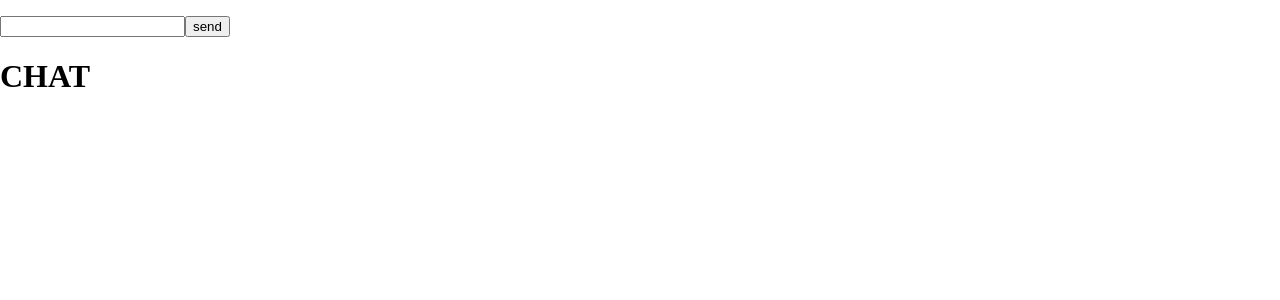
Repository: RiteshK555/chat-app
Page: index.html
The author's editor kept a copy of each file at every save. The page is drawn from the files as they stood at one save, then again after a run of saves.
The browser window is 1280 px wide. The pictures show the whole page.

Above is the page before, as saved 2021-09-24 23:29:34.

### index.html
<!DOCTYPE html>
<!--[if lt IE 7]>      <html class="no-js lt-ie9 lt-ie8 lt-ie7"> <![endif]-->
<!--[if IE 7]>         <html class="no-js lt-ie9 lt-ie8"> <![endif]-->
<!--[if IE 8]>         <html class="no-js lt-ie9"> <![endif]-->
<!--[if gt IE 8]>      <html class="no-js"> <!--<![endif]-->
<html>
    <head>
        <meta charset="utf-8">
        <meta http-equiv="X-UA-Compatible" content="IE=edge">
        <title>CHAT</title>
        <meta name="description" content="">
        <meta name="viewport" content="width=device-width, initial-scale=1">
        <link rel="stylesheet" type="text/css" href="./styles.css">
    </head>
    <body>
    <ul id="messages"></ul>
    <form id="form" action="">
        <input id="input" autocomplete="off"/><button id="button" type="submit">send</button>
    </form>
    <h1 id="h1">CHAT</h1>
        <!--[if lt IE 7]>
            <p class="browsehappy">You are using an <strong>outdated</strong> browser. Please <a href="#">upgrade your browser</a> to improve your experience.</p>
        <![endif]-->

    </body>
</html>

### styles.css
#button{
    margin:0px;
}
/* #h1{
    color:red;
} */
body{
    margin:0px;
}

After the next 2 saves:
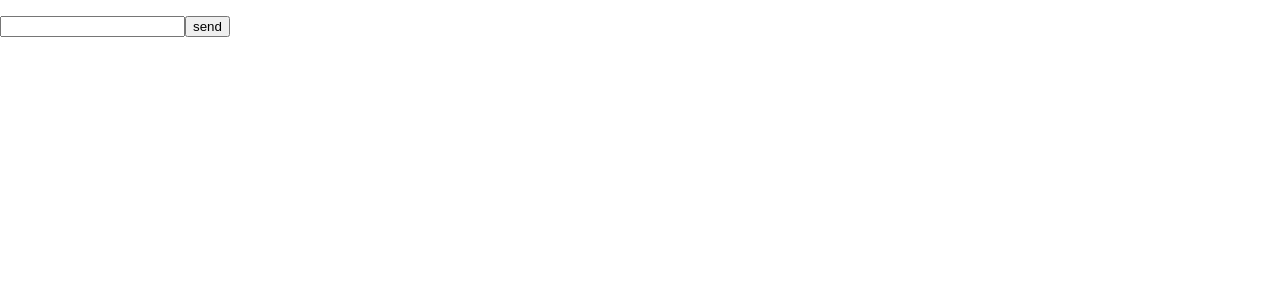
The 2 saves are shown as one change because they came seconds apart.
The last was saved 10 s later.
--- a/index.html
+++ b/index.html
@@ -17,7 +17,6 @@
     <form id="form" action="">
         <input id="input" autocomplete="off"/><button id="button" type="submit">send</button>
     </form>
-    <h1 id="h1">CHAT</h1>
         <!--[if lt IE 7]>
             <p class="browsehappy">You are using an <strong>outdated</strong> browser. Please <a href="#">upgrade your browser</a> to improve your experience.</p>
         <![endif]-->
